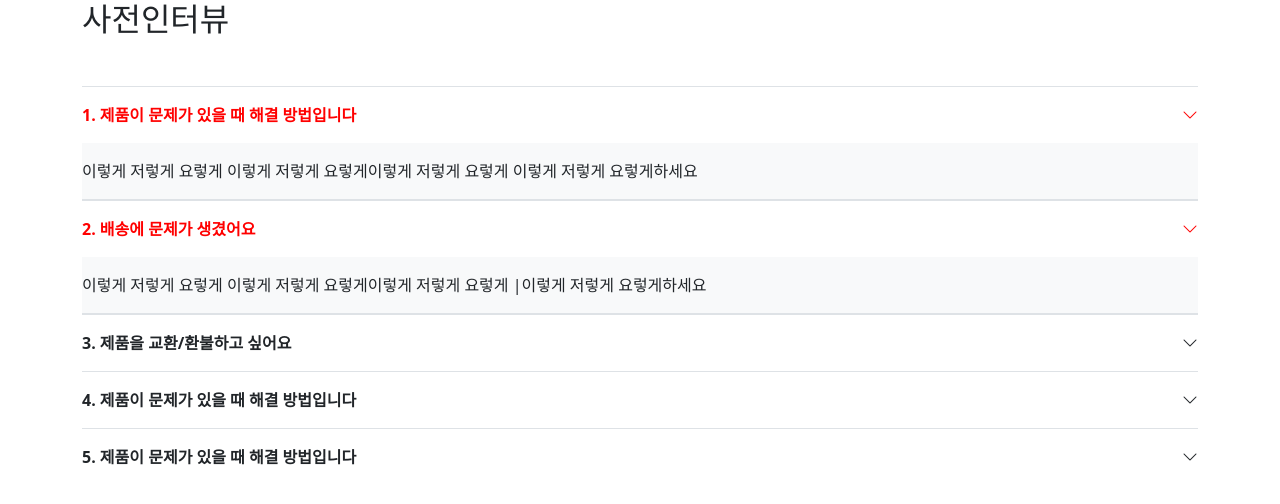
Repository: shin-eekk/js_study
Page: faq.html
These files come from the project's save history. The page is drawn as it stood at one moment and after a run of saves; the edit follows.
The browser window is 1280 px wide. The pictures show the whole page.
The style sheet was rebuilt from its Sass, Less or Tailwind sources for each picture, by a compiler version that may differ from the author's.

Above is the page before, as saved 2025-03-12 11:16:56.

### faq.html
<!DOCTYPE html>
<html lang="en">
<head>
    <meta charset="UTF-8">
    <meta name="viewport" content="width=device-width, initial-scale=1.0">
    <title>Document</title>
    <link rel="stylesheet" href="https://cdn.jsdelivr.net/npm/reset-css@5.0.2/reset.min.css">
    <link href="https://cdn.jsdelivr.net/npm/bootstrap@5.3.3/dist/css/bootstrap.min.css" rel="stylesheet" integrity="sha384-QWTKZyjpPEjISv5WaRU9OFeRpok6YctnYmDr5pNlyT2bRjXh0JMhjY6hW+ALEwIH" crossorigin="anonymous">
    <link rel="stylesheet" href="https://cdn.jsdelivr.net/npm/bootstrap-icons@1.11.3/font/bootstrap-icons.min.css">
    <link rel="stylesheet" href="./scss/faq.min.css">
    <script src="./js/faq.js"></script>
</head>
<body>
    <section id="faq" class="section">
        <div class="container d-flex gap-5 flex-column justify-content-center">
            <h2>사전인터뷰</h2>
            <dl>
                <!-- <dt class="border-top py-3 d-flex justify-content-between">
                    <strong>타이틀</strong>
                    <i class="bi bi-chevron-down"></i>
                </dt>
                <dd class="border-bottom py-3 bg-light">내용</dd> -->
            </dl>

        </div>
    </section>
</body>
</html>

### js/faq.js
window.addEventListener("DOMContentLoaded",()=>{
    const faq = [
        {
        dt: "1. 제품이 문제가 있을 때 해결 방법입니다",
        dd: "이렇게 저렇게 요렇게 이렇게 저렇게 요렇게이렇게 저렇게 요렇게 이렇게 저렇게 요렇게하세요"
        },
        {
        dt: "2. 배송에 문제가 생겼어요",
        dd: "이렇게 저렇게 요렇게 이렇게 저렇게  요렇게이렇게 저렇게 요렇게 |이렇게 저렇게 요렇게하세요"
        },
        {
        dt: "3. 제품을 교환/환불하고 싶어요",
        dd: "이렇게 저렇게 요렇게 이렇게 저렇게 | 요렇게이렇게 저렇게 요렇게 |이렇게 저렇게 요렇게하세요"
        },
        {
        dt: "4. 제품이 문제가 있을 때 해결 방법입니다",
        dd: "이렇게 저렇게 요렇게 이렇게 저렇게 | 요렇게이렇게 저렇게 요렇게 |이렇게 저렇게 요렇게하세요"
        },
        {
        dt: "5. 제품이 문제가 있을 때 해결 방법입니다",
        dd: "이렇게 저렇게 요렇게 이렇게 저렇게 | 요렇게이렇게 저렇게 요렇게 |이렇게 저렇게 요렇게하세요"
        },
    ]

    const faqdom = document.querySelector("#faq dl");  //정적개체는 위치 자유

    let faqtag = ``;
    // <dt class="border-top py-3 d-flex justify-content-between">
    //                 <strong>${faq[0].dt}</strong>
    //                 <i class="bi bi-chevron-down"></i>
    //             </dt>
    //             <dd class="border-bottom py-3 bg-light">${faq[0]["dd"]}</dd>`;


    // for(let x=0; x<faq.length; x++){

    // }
    // for(x in faq){
    //     x의 대상은 숫자
    // }

    for(x of faq){
        //x의 대상은 Object
        faqtag +=`<dt class="border-top py-3 d-flex justify-content-between">
                    <strong>${x["dt"]}</strong>
                    <i class="bi bi-chevron-down"></i>
                    </dt>
                <dd class="border-bottom py-3 bg-light">${x.dd}</dd>`;
    }

    faqdom.innerHTML = faqtag;
    //출력완료

    const faqlist = document.querySelectorAll("#faq dt");
    let count = 0;
    faqlist[0].classList.add("active");  //1회

    setInterval(() => {
        count++;
        count %=faq.length;

        faqlist[count].classList.add("active");
    }, 3000);  //3초마다

})

### scss/faq.scss
p, ul, li, dl, dt, dd, h1, h2, h3{
    margin: 0;
    padding: 0;
}
#faq{
    dd{
        display: none;
    }

    dt{
        &.active{
            color: red;
        }
        &.active+dd{
            display: block;
        }
    }
}

After the next 9 saves:
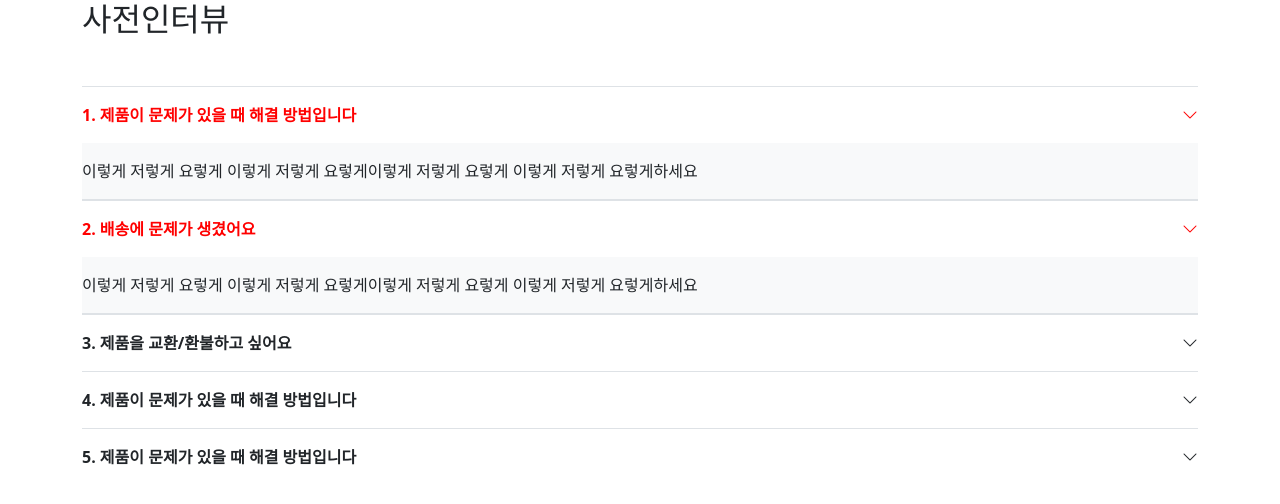
The 9 saves are shown as one change because they came seconds apart.
The last was saved 13 s later.
--- a/js/faq.js
+++ b/js/faq.js
@@ -6,19 +6,19 @@ window.addEventListener("DOMContentLoaded",()=>{
         },
         {
         dt: "2. 배송에 문제가 생겼어요",
-        dd: "이렇게 저렇게 요렇게 이렇게 저렇게  요렇게이렇게 저렇게 요렇게 |이렇게 저렇게 요렇게하세요"
+        dd: "이렇게 저렇게 요렇게 이렇게 저렇게 요렇게이렇게 저렇게 요렇게 이렇게 저렇게 요렇게하세요"
         },
         {
         dt: "3. 제품을 교환/환불하고 싶어요",
-        dd: "이렇게 저렇게 요렇게 이렇게 저렇게 | 요렇게이렇게 저렇게 요렇게 |이렇게 저렇게 요렇게하세요"
+        dd: "이렇게 저렇게 요렇게 이렇게 저렇게 요렇게이렇게 저렇게 요렇게 이렇게 저렇게 요렇게하세요"
         },
         {
         dt: "4. 제품이 문제가 있을 때 해결 방법입니다",
-        dd: "이렇게 저렇게 요렇게 이렇게 저렇게 | 요렇게이렇게 저렇게 요렇게 |이렇게 저렇게 요렇게하세요"
+        dd: "이렇게 저렇게 요렇게 이렇게 저렇게 요렇게이렇게 저렇게 요렇게 이렇게 저렇게 요렇게하세요"
         },
         {
         dt: "5. 제품이 문제가 있을 때 해결 방법입니다",
-        dd: "이렇게 저렇게 요렇게 이렇게 저렇게 | 요렇게이렇게 저렇게 요렇게 |이렇게 저렇게 요렇게하세요"
+        dd: "이렇게 저렇게 요렇게 이렇게 저렇게 요렇게이렇게 저렇게 요렇게 이렇게 저렇게 요렇게하세요"
         },
     ]
 
